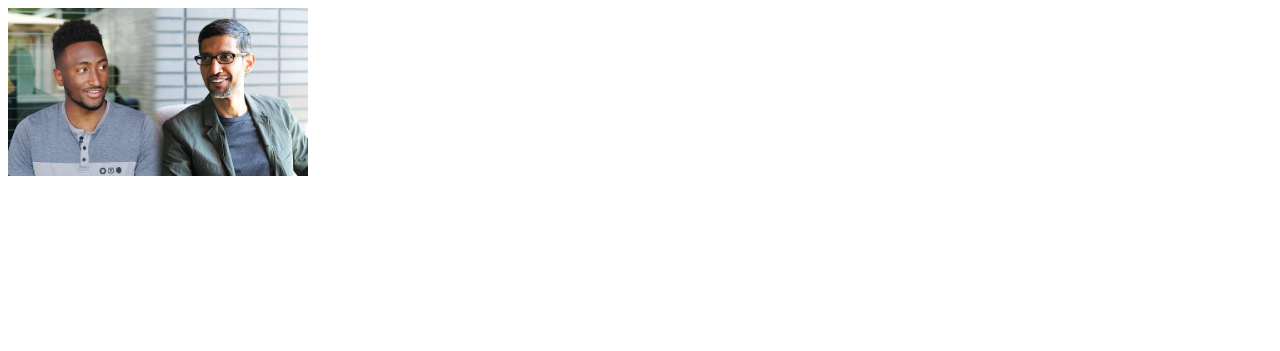
Repository: RagulRanjeeth/Frontend
Page: CloneYoutube/index.html
An editor plug-in stored every save of this project. The page is shown before and after the next save, followed by the edit.
The browser window is 1280 px wide. The pictures show the whole page.

Above is the page before, as saved 2026-01-22 14:20:29.

### CloneYoutube/index.html
<!DOCTYPE html>
<html>
    <head><title>Youtube Clone</title>
    <link rel="stylesheet" href="Styles.css"></head>
    <body>
        <img class="Thumbnails" src="Thumbnails/thumbnail-1.webp">
    </body>
</html>

### CloneYoutube/Styles.css
.Thumbnails{
    width: 300px;
    /* height:300px;
    /* object-fit: cover;
    object-position:right;
    border-width: 2px;
    border-style:solid; */ */
}

After the next save:
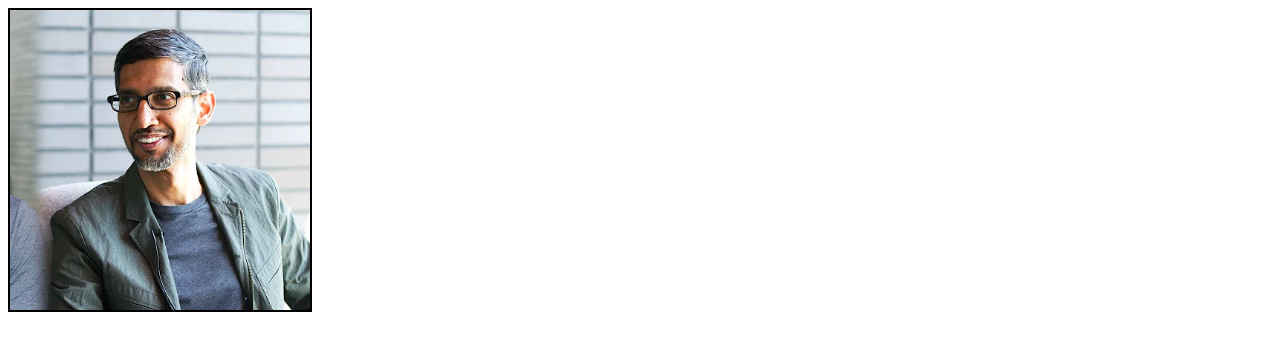
Saved 10 s later.
--- a/CloneYoutube/Styles.css
+++ b/CloneYoutube/Styles.css
@@ -1,8 +1,8 @@
 .Thumbnails{
     width: 300px;
-    /* height:300px;
-    /* object-fit: cover;
+    height:300px;
+    object-fit: cover;
     object-position:right;
     border-width: 2px;
-    border-style:solid; */ */
+    border-style:solid;
 }
